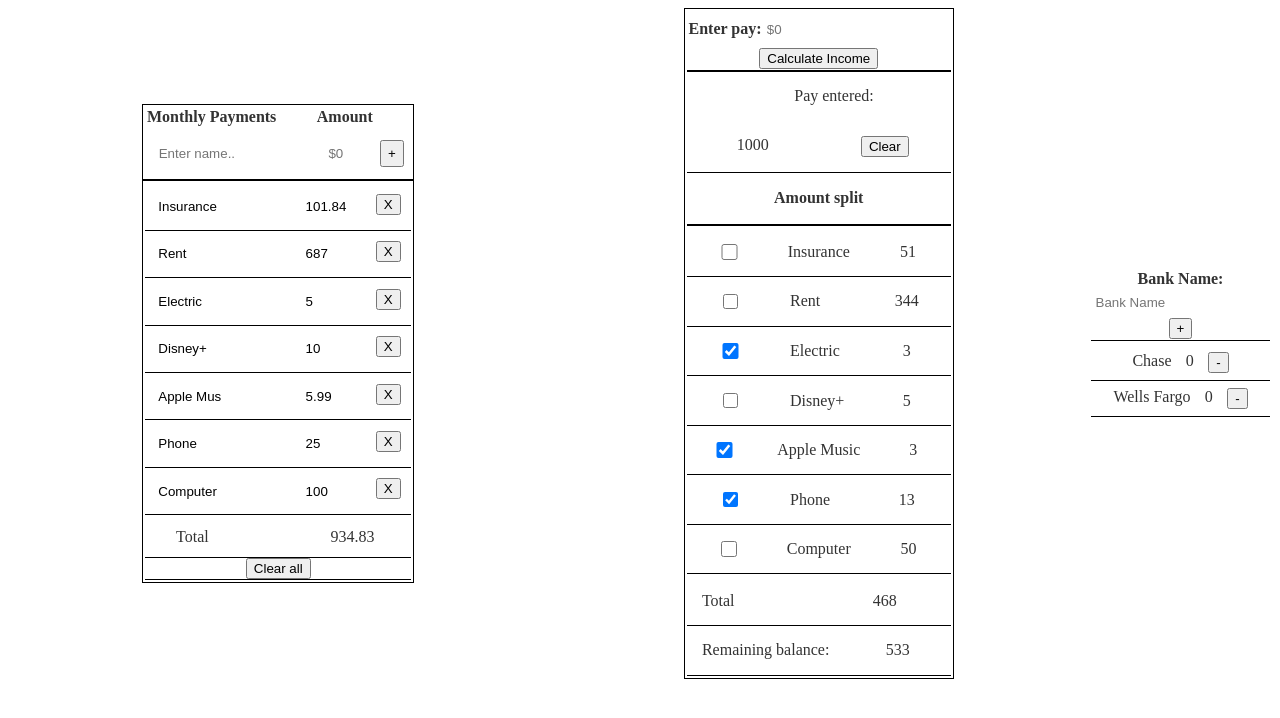
Repository: Kayla-amr/final-project-vue
Page: /
An editor plug-in stored every save of this project. The page is shown before and after a run of saves, followed by the edit.
The browser window is 1280 px wide. The pictures show the whole page.
The project was rebuilt for these pictures with package versions that can differ from the ones it lists, and the page was loaded fresh each time. Also part of the build but not shown: vite.config.js.

Above is the page before, as saved 2023-04-12 06:53:34.

After the next 2 saves:
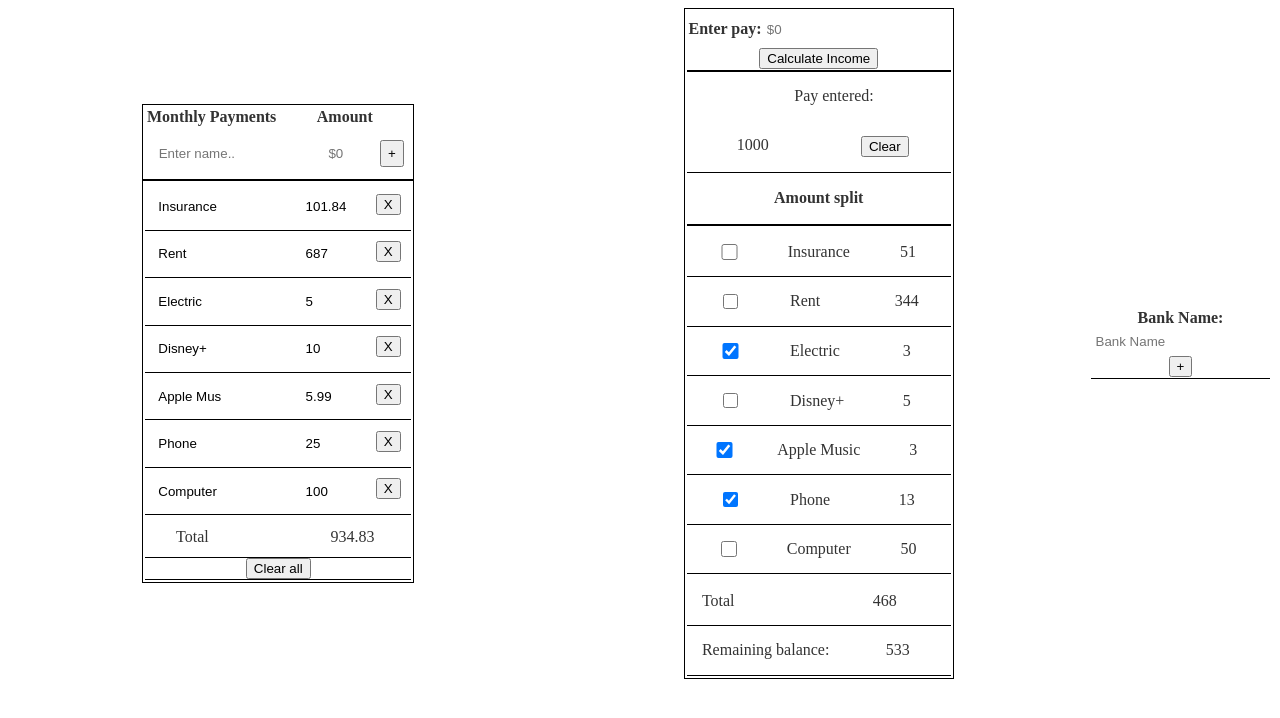
The 2 saves are shown as one change because they came seconds apart.
The last was saved 100 s later.
--- a/src/App.vue
+++ b/src/App.vue
@@ -17,8 +17,8 @@
         <div class="incomeSplitList">
             <split-budget :budgets="budgets" @add:income="addIncomes" :incomes="incomes" />
         </div>
-        <div class="bankTransferList">
-            <bank-transfer @add:bank="addBanks" :budgets="budgets" :incomes="incomes"  :banks="banks" />
+        <div class="bankTransferList" @add:bank="addBanks" :budgets="budgets" :incomes="incomes"  :banks="banks">
+            <bank-transfer  />
         </div>
     </div>
 </template>

After the 6 saves that followed:
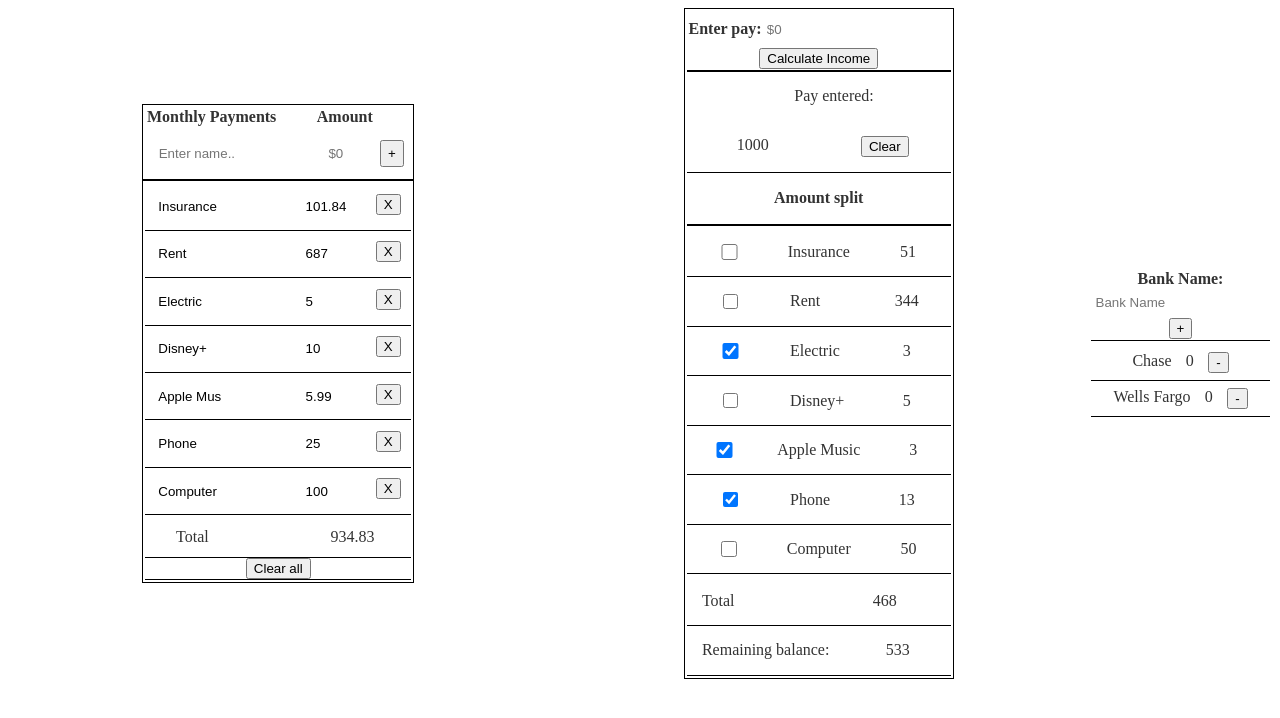
The 6 saves are shown as one change because 2 left the picture as it was and some came seconds apart.
The last was saved 58 s later.
--- a/src/App.vue
+++ b/src/App.vue
@@ -17,8 +17,8 @@
         <div class="incomeSplitList">
             <split-budget :budgets="budgets" @add:income="addIncomes" :incomes="incomes" />
         </div>
-        <div class="bankTransferList" @add:bank="addBanks" :budgets="budgets" :incomes="incomes"  :banks="banks">
-            <bank-transfer  />
+        <div class="bankTransferList" :budgets="budgets" :incomes="incomes"  >
+            <bank-transfer  @add:bank="addBanks" :banks="banks"/>
         </div>
     </div>
 </template>
